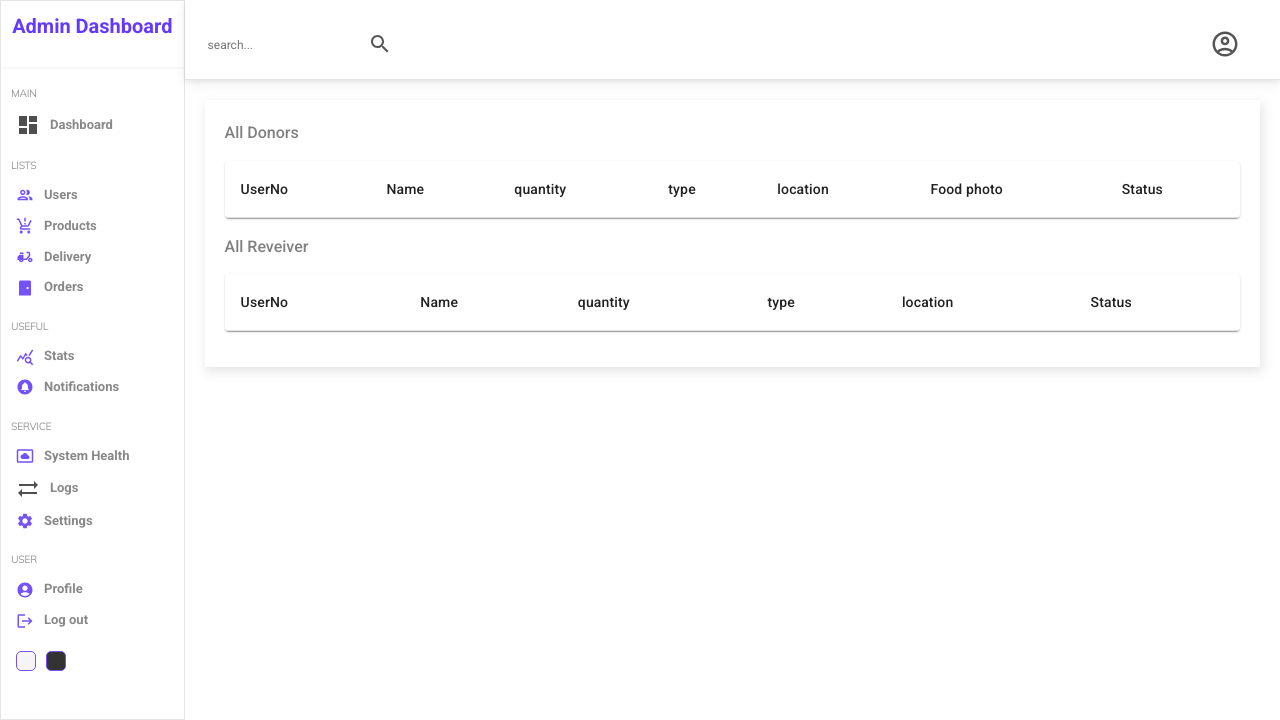
Repository: psbro/beta03_hackoverdose
Page: /dashboard/admin (app in frontend/annaseva/)
An editor plug-in stored every save of this project. The page is shown before and after the next save, followed by the edit.
The browser window is 1280 px wide. The pictures show the whole page.
The page's requests for data from a server got no answer. The project was rebuilt for these pictures with package versions that can differ from the ones it lists, and the page was loaded fresh each time. No one was signed in, and anything a server would have sent is missing. Also part of the build but not shown: frontend/annaseva/src/Home/components/Nav.js, frontend/annaseva/src/Home/components/main_box/Main_box.jsx, frontend/annaseva/src/Home/components/main__components/Main__components.jsx, frontend/annaseva/src/Home/pages/Main.jsx, frontend/annaseva/src/Home/components/Aim/Aim__components.jsx, frontend/annaseva/src/Home/pages/Aim.jsx, frontend/annaseva/src/Home/components/gallery__components/Gallery__components.jsx, frontend/annaseva/src/Home/pages/Gallery.jsx and 36 more.

Above is the page before, as saved 2022-12-03 23:52:59.

### frontend/annaseva/src/dashboard__user/Dashboard__user.jsx
import React from 'react'
// import Home from "../../src/dashboard__user/pages/home/Home"
import Home from "./pages/home/Home"

const Dashboard__user = () => {
    return (
        <div>
            <Home />
        </div>
    )
}

export default Dashboard__user

### frontend/annaseva/src/Home/Home.scss
// Imports
 @import url('https://fonts.googleapis.com/css2?family=Abril+Fatface&family=DM+Sans:ital,wght@0,400;0,500;0,700;1,400;1,500&family=Lato:wght@400;700&family=Lobster&family=Montserrat:ital,wght@0,100;0,300;0,400;0,800;1,100&family=Mulish:wght@200&family=Noto+Sans:ital,wght@1,200&family=Nunito:ital,wght@0,200;0,300;0,400;0,500;0,700;0,800;0,900;1,200;1,300;1,400;1,500;1,600;1,700;1,800;1,900&family=Oswald:wght@200;300;400&family=PT+Serif&family=Poppins:ital,wght@0,200;0,600;1,500&family=Quicksand:wght@300;400;500;600;700&family=Roboto:ital,wght@0,100;0,300;0,400;1,300&family=Spline+Sans:wght@300&display=swap');

// Variables
$heading: 'Roboto', sans-serif;
$sub-heading:  'Mulish', sans-serif;
$button: "Saira Condensed",
sans-serif;



:root {
    --heading-size      : 64px;
    --sub-heading-size  : 20px;
    // --main-color: #edbb5f;
    --main-color        : #8D775F;

    // --secondary-color: #644204;
    --secondary-color   : #F1F0CC;
    --black             : #fff;
    --white             : #8D775F;
    --side-margin       : 10%;
    --top-margin        : 5%;
    --para-text         : #e5e5e5;

    // --secondary-color: #002626;
    // --secondary-color: #644204;
    // --main-color: #f0f7ee;
    // --main-color: #edbb5f;
    --duration    : 1s;
    --nav-duration: calc(var(--duration) / 4);
    --ease        : cubic-bezier(0.215, 0.61, 0.355, 1);
    --space       : 1rem;
    --font-primary: $sub-heading;
    --font-heading: $heading;
    --font-size   : 1.125rem;
    --line-height : 1.5;

    @media screen and (max-width: 768px) {
        --side-margin: 5%;
    }
}

// Initialisation
* {
    margin    : 0;
    padding   : 0;
    box-sizing: border-box;
}

body {
    position        : relative;
    width           : 100%;
    min-height      : 100vh;
    overflow-x      : hidden;
    color           : var(--black);
    background-color: var(--white);
}

main {
    position: relative;
    width   : 100%;
}

h1 {
    font-family   : $heading;
    font-weight   : 700;
    text-transform: uppercase;
    font-size     : var(--heading-size);
    line-height   : 1.4em;

    @media screen and (max-width: 768px) {
        font-size: calc(var(--heading-size) * 0.6);
    }
}

h3 {
    font-family   : $sub-heading;
    font-weight   : 700;
    text-transform: uppercase;
    font-size     : var(--sub-heading-size);
    letter-spacing: 2px;
    line-height   : 1.8em;
}

p {
    font-family: $sub-heading;
    font-weight: 400;
    font-size  : var(--sub-heading-size);
    line-height: 1.8em;
}

@mixin button-style($color, $text-color) {
    border     : 3px solid $color;
    width      : 180px;
    height     : 50px;
    display    : grid;
    place-items: center;
    color      : var(--white);
    font-size  : var(--sub-heading-size);
    font-family: $button;
    margin-left: auto;
}

$green : #fca311;

// ::-webkit-scrollbar {
//     background: rgba($green, 0.2);
//     height    : 16px;
//     width     : 16px;

//     &:disabled {
//         background: transparent;
//     }
// }

// ::-webkit-scrollbar-track {
//     height: 20px;
//     width : 20px;
// }

// ::-webkit-scrollbar-thumb {
//     background   : rgba($green, 0.8);
//     border-radius: 20px;

//     &:hover {
//         background: rgba($green, 0.9);
//     }

//     &:active {
//         background: rgba($green, 1);
//     }
// }

// ::-webkit-scrollbar-thumb:window-inactive {
//     background: rgba($green, 0.2);
// }

### frontend/annaseva/src/dashboard__user/pages/home/Home.jsx
import React from 'react'
import Chart from '../../components/chart/Chart'
import Featured from '../../components/featured/Featured'
import Nav from '../../components/navbar/Nav'
import Sidebar from '../../components/sidebar/Sidebar'
import TableX from '../../components/Table/Table'
import TableX2 from '../../components/Table/Table2'
import Widget from '../../components/widgets/Widget'
import './Home.scss'

const Home = () => {
  return (
    <>
      <div className="home">
        <Sidebar />
        <div className="homeContainer">
          <Nav />

          {/* <div className="widgets">
            <Widget type="user" />
            <Widget type="order" />
            <Widget type="earning" />
            <Widget type="balance" />
          </div> */}
{/*
          <div className="charts">
            <Featured />
            <Chart title="Last 2 quarters (Revenue)" aspect={2 / 1} />
          </div> */}

          <div className="listContainer">
            <div className="listTitle">All Donors</div>
            <TableX />
            <div className="listTitle">All Reveiver</div>
            <TableX2 />

          </div>
        </div>
      </div>
    </>
  )
}

export default Home

### frontend/annaseva/src/dashboard/pages/home/Home.scss
.home {
    display: flex;

    .homeContainer {
        flex: 6;

        .widgets,
        .charts {
            display: flex;
            padding: 20px;
            gap    : 20px;
        }

        .charts {
            padding: 5px 20px;
        }

        .listContainer {
            padding   : 20px;
            margin    : 20px;
            box-shadow: 2px 4px 10px 1px rgba(201, 201, 201, 0.47);

            .listTitle {
                font-weight  : 500;
                color        : gray;
                margin-bottom: 15px;
            }
        }
    }
}

### frontend/annaseva/src/dashboard__user/components/navbar/Nav.jsx
import React from 'react'
import './Nav.scss'
import SearchIcon from '@mui/icons-material/Search';
import LanguageIcon from '@mui/icons-material/Language';
import DarkModeOutlinedIcon from '@mui/icons-material/DarkModeOutlined';
import FullscreenExitOutlinedIcon from '@mui/icons-material/FullscreenExitOutlined';
import NotificationsNoneOutlinedIcon from '@mui/icons-material/NotificationsNoneOutlined';
import ChatBubbleOutlineOutlinedIcon from '@mui/icons-material/ChatBubbleOutlineOutlined';
import ListOutlinedIcon from '@mui/icons-material/ListOutlined';
import AccountCircleOutlinedIcon from '@mui/icons-material/AccountCircleOutlined';


const Nav = () => {
  return (
    <div className="navbar">
      <div className="wrapper">

        <div className="search">
          <input type="text" placeholder='search...' />
          <SearchIcon className="icon" />
        </div>

        <div className="items">



          {/* <div className="item">
            <DarkModeOutlinedIcon className="icon" />
          </div>

          <div className="item">
            <FullscreenExitOutlinedIcon className="icon" />
          </div>

          <div className="item">
            <NotificationsNoneOutlinedIcon className="icon" />
            <div className="counter">1</div>
          </div>

          <div className="item">
            <ChatBubbleOutlineOutlinedIcon className="icon" />
            <div className="counter">2</div>
          </div>

          <div className="item">
            <ListOutlinedIcon className="icon" />
          </div> */}

          <div className="item">
            <AccountCircleOutlinedIcon className="avatar" />
          </div>


        </div>


      </div>
    </div>
  )
}

export default Nav

### frontend/annaseva/src/dashboard__user/components/sidebar/Sidebar.jsx
import React from 'react'
import './Sidebar.scss'
import DashboardIcon from '@mui/icons-material/Dashboard';
import PeopleOutlineOutlinedIcon from '@mui/icons-material/PeopleOutlineOutlined';
import ProductionQuantityLimitsIcon from '@mui/icons-material/ProductionQuantityLimits';
import DeliveryDiningIcon from '@mui/icons-material/DeliveryDining';
import QueryStatsIcon from '@mui/icons-material/QueryStats';
import CircleNotificationsIcon from '@mui/icons-material/CircleNotifications';
import SettingsSystemDaydreamIcon from '@mui/icons-material/SettingsSystemDaydream';
import SyncAltIcon from '@mui/icons-material/SyncAlt';
import SettingsIcon from '@mui/icons-material/Settings';
import AccountCircleIcon from '@mui/icons-material/AccountCircle';
import LogoutIcon from '@mui/icons-material/Logout';
import SensorDoorIcon from '@mui/icons-material/SensorDoor';
import { Link } from 'react-router-dom';

const Sidebar = () => {
    return (

        <div className="sidebar">

            <div className="top">

                <Link to="/" style={{ textDecoration: "none" }}>
                    <span className="logo">Admin Dashboard</span>
                </Link>

            </div>

            <hr />

            <div className="center">
                <ul>
                    <p className="title">MAIN</p>
                    <li>
                        <DashboardIcon />
                        <span>Dashboard</span>
                    </li>
                    <p className="title">LISTS</p>

                    <Link to="users" style={{ textDecoration: "none" }}>
                        <li>
                            <PeopleOutlineOutlinedIcon className="icon" />
                            <span>Users</span>
                        </li>
                    </Link>



                    <Link to="/products" style={{ textDecoration: "none" }}>
                        <li>
                            <ProductionQuantityLimitsIcon className="icon" />
                            <span>Products</span>
                        </li>
                    </Link>


                    <li>
                        <DeliveryDiningIcon className="icon" />
                        <span>Delivery</span>
                    </li>

                    <li>
                        <SensorDoorIcon className="icon" />
                        <span>Orders</span>
                    </li>


                    <p className="title">USEFUL</p>

                    <li>
                        <QueryStatsIcon className="icon" />
                        <span>Stats</span>
                    </li>


                    <li>
                        <CircleNotificationsIcon className="icon" />
                        <span>Notifications</span>
                    </li>

                    <p className="title">SERVICE</p>

                    <li>
                        <SettingsSystemDaydreamIcon className="icon" />
                        <span>System Health</span>
                    </li>


                    <li>
                        <SyncAltIcon />
                        <span>Logs</span>
                    </li>

                    <li>
                        <SettingsIcon className="icon" />
                        <span>Settings</span>
                    </li>

                    <p className="title">USER</p>

                    <li>
                        <AccountCircleIcon className="icon" />
                        <span>Profile</span>
                    </li>

                    <li>
                        <LogoutIcon className="icon" />
                        <span>Log out</span>
                    </li>
                </ul>
            </div>

            <div className="bottom">
                <div className="colorOption"></div>
                <div className="colorOption"></div>
            </div>

        </div>

    )
}

export default Sidebar

### frontend/annaseva/src/dashboard__user/components/Table/Table2.jsx
import React from 'react'
import './table.scss'
import Table from '@mui/material/Table';
import TableBody from '@mui/material/TableBody';
import TableCell from '@mui/material/TableCell';
import TableContainer from '@mui/material/TableContainer';
import TableHead from '@mui/material/TableHead';
import TableRow from '@mui/material/TableRow';
import Paper from '@mui/material/Paper';
import axios from 'axios';
import { useEffect } from 'react';
import { Pending } from '@mui/icons-material';
import Button from '@mui/material/Button';




const TableX2 = () => {


    const [data, setData] = React.useState([]);
    const handleupdate= async (data)=>{
        let long = {
            receiverNo: data,
            isVerify: "Yes"
        }
        let info = await axios.put(`http://localhost:8000/receiver/update`, long);
        alert("updated sucessfully")
        window.location.reload();

    }
    const loadData = async () => {
        let info = await axios.get(`http://localhost:8000/receiver/all`);
        setData(info.data);
        console.log(data)
    }
    useEffect(() => {
        loadData()
    }, '')

    return (
        <div className='table'>
            <TableContainer component={Paper} className="table">
                <Table sx={{ minWidth: 650 }} aria-label="simple table">
                    <TableHead>
                        <TableRow>
                            <TableCell className='tableCell'>UserNo</TableCell>
                            <TableCell className='tableCell'>Name</TableCell>
                            <TableCell className='tableCell'>quantity</TableCell>
                            <TableCell className='tableCell'>type</TableCell>
                            <TableCell className='tableCell'>location</TableCell>
                            {/* <TableCell className='tableCell'>Payment Method</TableCell> */}
                            <TableCell className='tableCell'>Status</TableCell>
                        </TableRow>
                    </TableHead>
                    <TableBody>
                        {data.map((row) => (
                            <TableRow
                                key={row.id}
                            >
                                {/* <TableCell>{row.id}</TableCell> */}
                                <TableCell className='tableCell'>{row.userNo}</TableCell>
                                <TableCell className='tableCell'>{row.name}</TableCell>
                                <TableCell className='tableCell'>{row.quantity}</TableCell>

                                <TableCell className='tableCell'>{row.type}</TableCell>
                                <TableCell className='tableCell'>{row.location}</TableCell>
                                {/* <TableCell className='tableCell'>{row.method}</TableCell> */}
                                <TableCell className='tableCell'>
                                    {row.isVerify=="No" && <Button  onClick={()=>handleupdate(row.receiverNo)} >Verify</Button>}
                                    {row.isVerify=="Yes" && <span className={`status Approved`}>Approved</span>}
                                    {/* <span className={`status Pending`}>{row.isVerify}</span> */}
                                </TableCell>
                            </TableRow>
                        ))}
                    </TableBody>
                </Table>
            </TableContainer>
        </div>
    )
}

export default TableX2;

### frontend/annaseva/src/dashboard__user/pages/home/Home.scss
.home {
    display: flex;

    .homeContainer {
        flex: 6;

        .widgets,
        .charts {
            display: flex;
            padding: 20px;
            gap    : 20px;
        }

        .charts {
            padding: 5px 20px;
        }

        .listContainer {
            padding   : 20px;
            margin    : 20px;
            box-shadow: 2px 4px 10px 1px rgba(201, 201, 201, 0.47);

            .listTitle {
                font-weight  : 500;
                color        : gray;
                margin-bottom: 15px;
            }
        }
    }
}

### frontend/annaseva/src/dashboard/components/navbar/Nav.scss
.navbar {
    height       : 80px;
    border-bottom: 0.5px solid rgb(230, 227, 227);
    display      : flex;
    align-items  : center;
    color        : #555;
    font-size    : 14px;

    .wrapper {
        padding        : 20px;
        display        : flex;
        align-items    : center;
        width          : 100%;
        justify-content: space-between;

        .search {
            display    : flex;
            align-items: center;
            border     : 0.5px lightgray;
            padding    : 3px;

            input {
                border : none;
                outline: none;
                background: transparent;

                &::placeholder{
                    font-size: 12px;
                }
            }
        }

        .items {
            display: flex;
            align-items: center;

            .item{
                display: flex;
                align-items: center;
                margin-right: 20px;
                position: relative;

                .icon{
                    font-size: 20px;
                }

                .avatar{
                    width: 30px;
                    height: 30px;
                }

                .counter{
                    width: 15px;
                    height: 15px;
                    background-color: red;
                    border-radius: 50%;
                    color: white;
                    display: flex;
                    align-items: center;
                    justify-content: center;
                    font-size: 10px;
                    font-weight: bold;
                    position: absolute;
                    top: -5px;
                    right: -5px;
                }
            }
        }
    }
}

### frontend/annaseva/src/dashboard/components/sidebar/Sidebar.scss
.sidebar {
    flex            : 1;
    border          : 0.5px solid rgb(230, 227, 227);
    min-height      : 100vh;
    background-color: white;

    .top {
        height         : 50px;
        display        : flex;
        justify-content: center;
        align-items    : center;

        .logo {
            font-size  : 20px;
            font-weight: bold;
            color      : #6439ff
        }
    }

    hr {
        height: 0;
        border: 0.5px solid rgb(230, 227, 227);
    }

    .center {
        padding-left: 10px;

        ul {
            list-style: none;
            margin    : 0;
            padding   : 0;

            .title {
                font-size    : 10px;
                font-weight  : bold;
                color        : #999;
                margin-top   : 15px;
                margin-bottom: 5px;
            }

            li {
                display    : flex;
                align-items: center;
                padding    : 5px;
                cursor     : pointer;

                &:hover {
                    background-color: #ece8ff;
                }

                .icon {
                    font-size: 18px;
                    color    : #7451f8;
                }

                span {
                    font-size  : 13px;
                    font-weight: bold;
                    color      : #888;
                    margin-left: 10px;
                }
            }
        }
    }

    .bottom {
        display    : flex;
        align-items: center;
        margin     : 10px;

        .colorOption {
            margin       : 5px;
            height       : 20px;
            width        : 20px;
            border-radius: 5px;
            border       : 1px solid #7451f8;
            cursor       : pointer;

            &:nth-child(1) {
                background-color: whitesmoke;
            }

            &:nth-child(2) {
                background-color: #333;
            }

            &:nth-child(3) {
                background-color: darkblue;
            }
        }

    }


}

### frontend/annaseva/src/dashboard__user/components/navbar/Nav.scss
.navbar {
    height       : 80px;
    border-bottom: 0.5px solid rgb(230, 227, 227);
    display      : flex;
    align-items  : center;
    color        : #555;
    font-size    : 14px;

    .wrapper {
        padding        : 20px;
        display        : flex;
        align-items    : center;
        width          : 100%;
        justify-content: space-between;

        .search {
            display    : flex;
            align-items: center;
            border     : 0.5px lightgray;
            padding    : 3px;

            input {
                border : none;
                outline: none;
                background: transparent;

                &::placeholder{
                    font-size: 12px;
                }
            }
        }

        .items {
            display: flex;
            align-items: center;

            .item{
                display: flex;
                align-items: center;
                margin-right: 20px;
                position: relative;

                .icon{
                    font-size: 20px;
                }

                .avatar{
                    width: 30px;
                    height: 30px;
                }

                .counter{
                    width: 15px;
                    height: 15px;
                    background-color: red;
                    border-radius: 50%;
                    color: white;
                    display: flex;
                    align-items: center;
                    justify-content: center;
                    font-size: 10px;
                    font-weight: bold;
                    position: absolute;
                    top: -5px;
                    right: -5px;
                }
            }
        }
    }
}

### frontend/annaseva/src/dashboard__user/components/sidebar/Sidebar.scss
.sidebar {
    flex            : 1;
    border          : 0.5px solid rgb(230, 227, 227);
    min-height      : 100vh;
    background-color: white;

    .top {
        height         : 50px;
        display        : flex;
        justify-content: center;
        align-items    : center;

        .logo {
            font-size  : 20px;
            font-weight: bold;
            color      : #6439ff
        }
    }

    hr {
        height: 0;
        border: 0.5px solid rgb(230, 227, 227);
    }

    .center {
        padding-left: 10px;

        ul {
            list-style: none;
            margin    : 0;
            padding   : 0;

            .title {
                font-size    : 10px;
                font-weight  : bold;
                color        : #999;
                margin-top   : 15px;
                margin-bottom: 5px;
            }

            li {
                display    : flex;
                align-items: center;
                padding    : 5px;
                cursor     : pointer;

                &:hover {
                    background-color: #ece8ff;
                }

                .icon {
                    font-size: 18px;
                    color    : #7451f8;
                }

                span {
                    font-size  : 13px;
                    font-weight: bold;
                    color      : #888;
                    margin-left: 10px;
                }
            }
        }
    }

    .bottom {
        display    : flex;
        align-items: center;
        margin     : 10px;

        .colorOption {
            margin       : 5px;
            height       : 20px;
            width        : 20px;
            border-radius: 5px;
            border       : 1px solid #7451f8;
            cursor       : pointer;

            &:nth-child(1) {
                background-color: whitesmoke;
            }

            &:nth-child(2) {
                background-color: #333;
            }

            &:nth-child(3) {
                background-color: darkblue;
            }
        }

    }


}

Loaded but not shown: frontend/annaseva/public/index.html (common file); frontend/annaseva/src/App.js (24 lines, source omitted); frontend/annaseva/src/index.js (13 lines, source omitted); frontend/annaseva/src/dashboard__user/components/Table/Table.jsx (113 lines, source omitted)

After the next save:
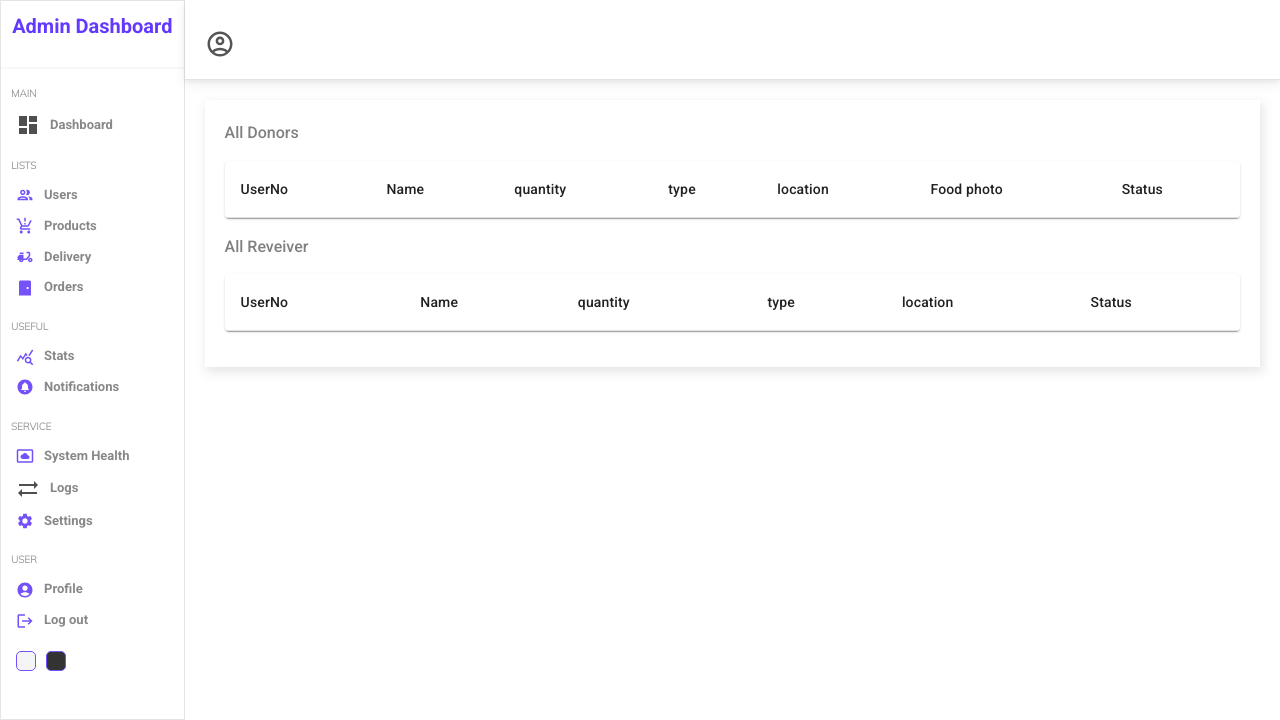
Saved 19 s later.
--- a/frontend/annaseva/src/dashboard__user/components/navbar/Nav.jsx
+++ b/frontend/annaseva/src/dashboard__user/components/navbar/Nav.jsx
@@ -15,10 +15,7 @@ const Nav = () => {
     <div className="navbar">
       <div className="wrapper">
 
-        <div className="search">
-          <input type="text" placeholder='search...' />
-          <SearchIcon className="icon" />
-        </div>
+
 
         <div className="items">
 
